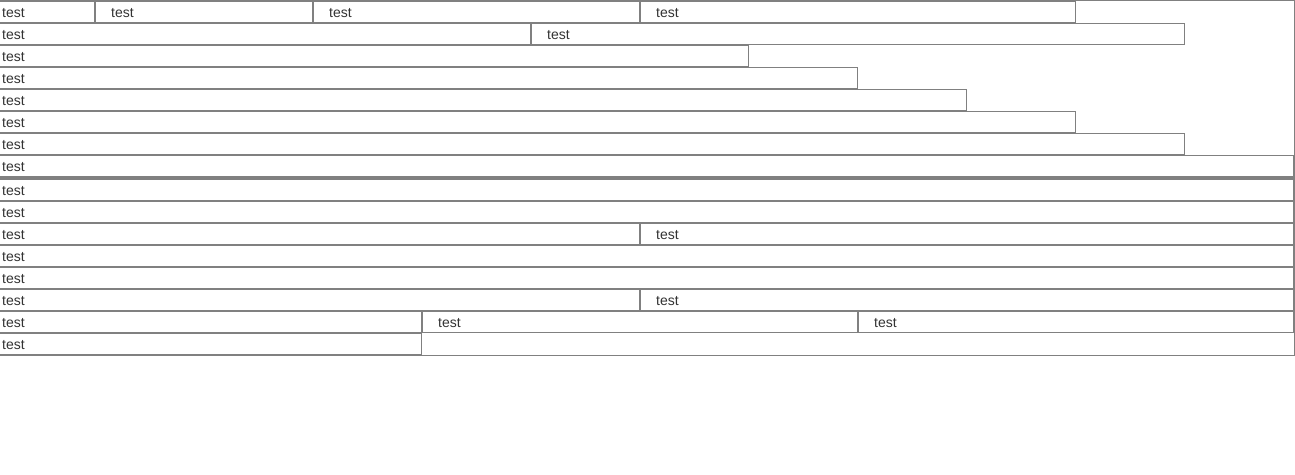
Repository: Umkimisstrong/UM_Webbb
Page: BootstrapApp/WebContent/BootEx07.html
An editor plug-in stored every save of this project. The page is shown before and after the next save, followed by the edit.
The browser window is 1280 px wide. The page is 1295 px wide, so the pictures cover 1295 px, including what lies to the right of the window. The pictures show the whole page.

Above is the page before, as saved 2022-05-16 03:50:03.

### BootstrapApp/WebContent/BootEx07.html
<!DOCTYPE html>
<html>
<head>
<meta charset="UTF-8">
<title>BootEx07.html</title>
<style type="text/css">
	div
	{
		border: 1px solid gray;
	}
</style>
<link rel="stylesheet" type="text/css" href="css/bootstrap.css">
<script type="text/javascript" src="http://code.jquery.com/jquery.min.js"></script>
<script type="text/javascript" src="js/bootstrap.min.js"></script>

</head>
<body>

<!--
	※ 그리드시스템 → 영역 분할 ▶ 기본 12 분할

	   사용할 클래스 『.col-xs』    『.col-sm』 『.col-md』 『.col-lg』

	   브라우저 크기   아주작은기기   작은기기   중간기기   큰기기

 -->

<div class="row">
	<div class="col-xs-1">test</div>	<!-- 1 / 12 차지 -->
	<div class="col-xs-2">test</div>	<!-- 2 / 12 차지 -->
	<div class="col-xs-3">test</div>	<!-- 3 / 12 차지 -->
	<div class="col-xs-4">test</div>	<!-- 4 / 12 차지 -->
	<div class="col-xs-5">test</div>	<!-- 5 / 12 차지 -->
	<div class="col-xs-6">test</div>	<!-- 6 / 12 차지 -->
	<div class="col-xs-7">test</div>	<!-- 7 / 12 차지 -->
	<div class="col-xs-8">test</div>	<!-- 8 / 12 차지 -->
	<div class="col-xs-9">test</div>	<!-- 9 / 12 차지 -->
	<div class="col-xs-10">test</div>	<!-- 10 / 12 차지 -->
	<div class="col-xs-11">test</div>	<!-- 11 / 12 차지 -->
	<div class="col-xs-12">test</div>	<!-- 12 / 12 차지 -->

</div>


<div class="row">
	<div class="col-xs-12">test</div>	<!-- 1 / 12 차지 -->
	<div class="col-xs-12">test</div>	<!-- 2 / 12 차지 -->
	<div class="col-xs-6">test</div>	<!-- 3 / 12 차지 -->
	<div class="col-xs-6">test</div>	<!-- 4 / 12 차지 -->
	<div class="col-xs-12">test</div>	<!-- 5 / 12 차지 -->
	<div class="col-xs-12">test</div>	<!-- 6 / 12 차지 -->
	<div class="col-xs-6">test</div>	<!-- 7 / 12 차지 -->
	<div class="col-xs-6">test</div>	<!-- 8 / 12 차지 -->
	<div class="col-xs-4">test</div>	<!-- 9 / 12 차지 -->
	<div class="col-xs-4">test</div>	<!-- 10 / 12 차지 -->
	<div class="col-xs-4">test</div>	<!-- 11 / 12 차지 -->
	<div class="col-xs-4">test</div>	<!-- 12 / 12 차지 -->

</div>







</body>
</html>

Loaded but not shown: BootstrapApp/WebContent/css/bootstrap.css (library); BootstrapApp/WebContent/js/bootstrap.min.js (library)

After the next save:
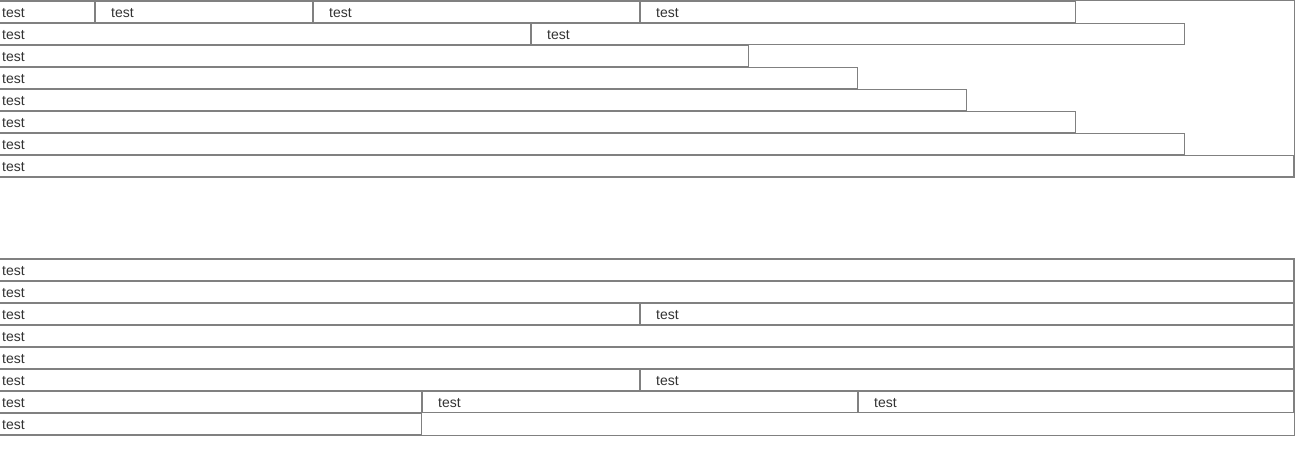
Saved 26 s later.
--- a/BootstrapApp/WebContent/BootEx07.html
+++ b/BootstrapApp/WebContent/BootEx07.html
@@ -40,7 +40,10 @@
 	<div class="col-xs-12">test</div>	<!-- 12 / 12 차지 -->
 
 </div>
-
+<br />
+<br />
+<br />
+<br />
 
 <div class="row">
 	<div class="col-xs-12">test</div>	<!-- 1 / 12 차지 -->
